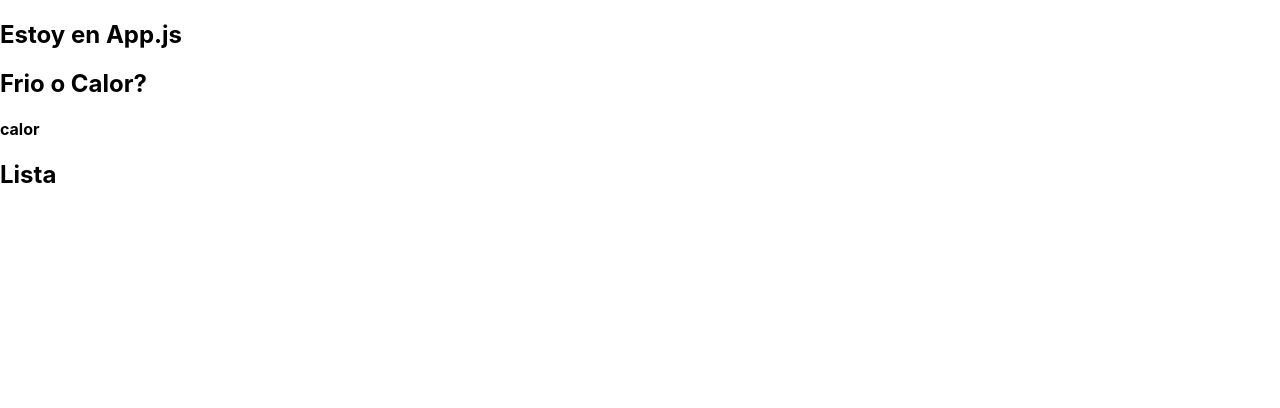
Repository: geraldine-ventura/Jsx-practica-terminada
Page: /
The author's editor kept a copy of each file at every save. The page is drawn from the files as they stood at one save, then again after the next save.
The browser window is 1280 px wide. The pictures show the whole page.
The project was rebuilt for these pictures with package versions that can differ from the ones it lists, and the page was loaded fresh each time.

Above is the page before, as saved 2022-12-28 19:31:37.

After the next save:
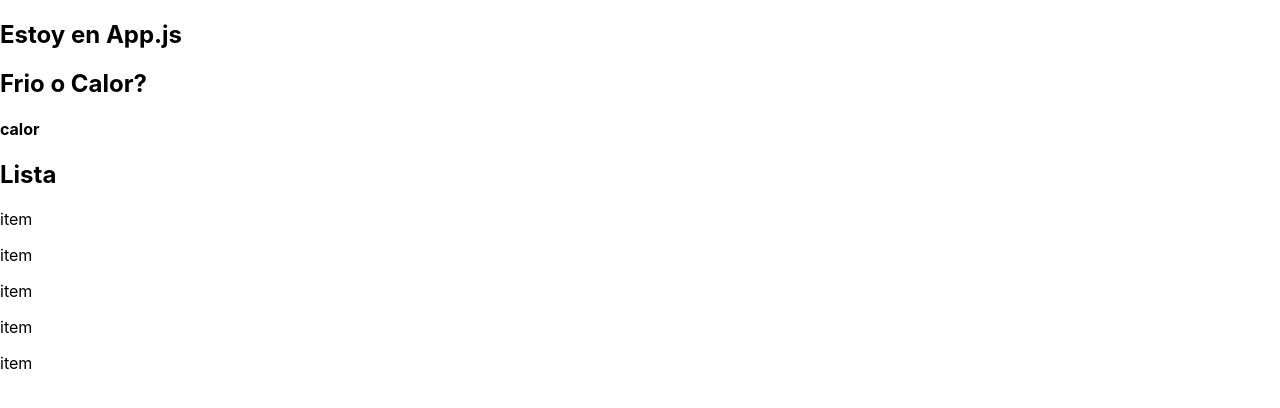
Saved 10 s later.
--- a/src/componetes/Lista.js
+++ b/src/componetes/Lista.js
@@ -7,9 +7,9 @@ const  Lista= () => {
         <Fragment>
           <h2> Lista</h2>
           {
-            arrayNumero.map(item =>{
+            arrayNumero.map(item =>
                 <p>item</p>
-            })
+            )
           }
         </Fragment>
      );
